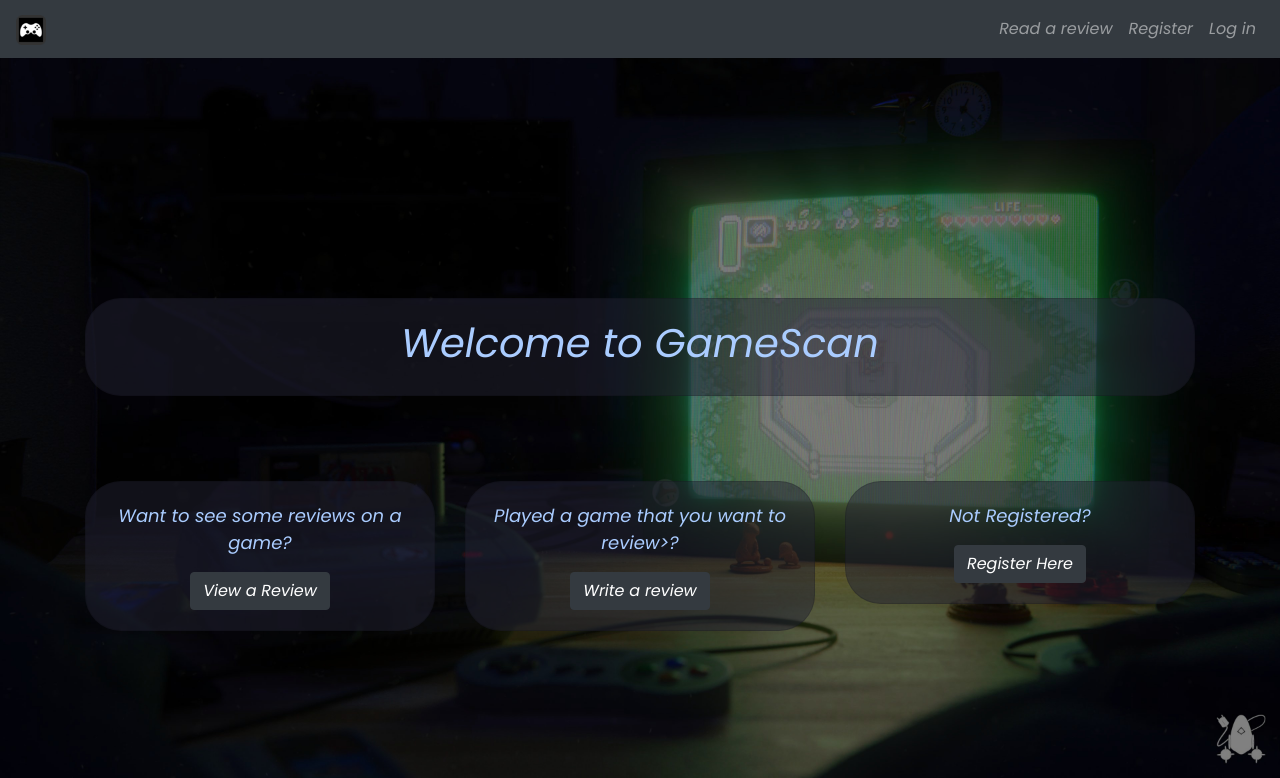
Repository: amit238/milestone-project-3
Page: http://localhost/
The author's editor kept a record of every edit. The page is drawn from the files as they stood at one moment, then again after the next edit.
The browser window is 1280 px wide. The pictures show the whole page.
Some web libraries are served in a nearby version. The page is served by the project's application, run on Flask 3 (app.py).

Above is the page before.

After the next edit:
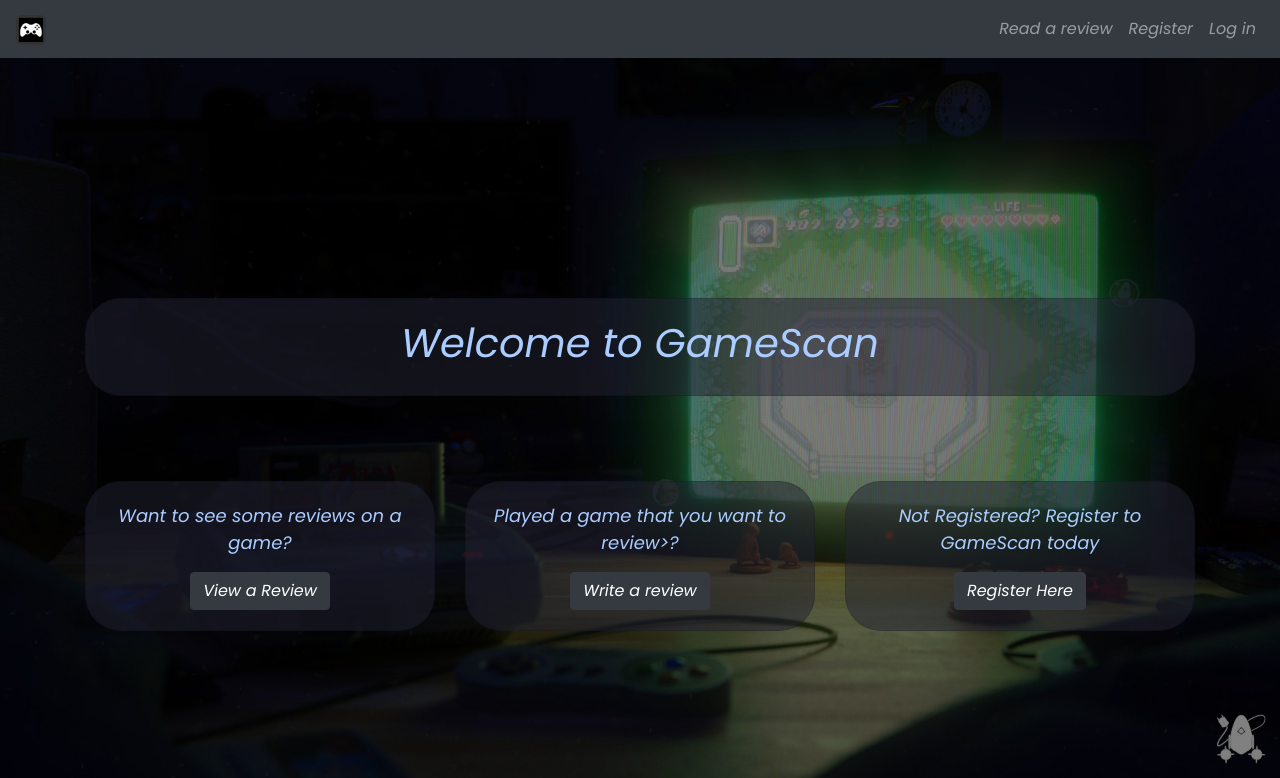
The edit:
--- a/templates/index.html
+++ b/templates/index.html
@@ -30,7 +30,7 @@
             <div class="col-12 col-lg-4">
                 <div class="card homepage-card">
                     <div class="card-body">
-                        <p>Not Registered?</p>
+                        <p>Not Registered? Register to GameScan today</p>
                         <button type="button" class="btn btn-dark">Register Here</button>
                     </div>
                 </div>
